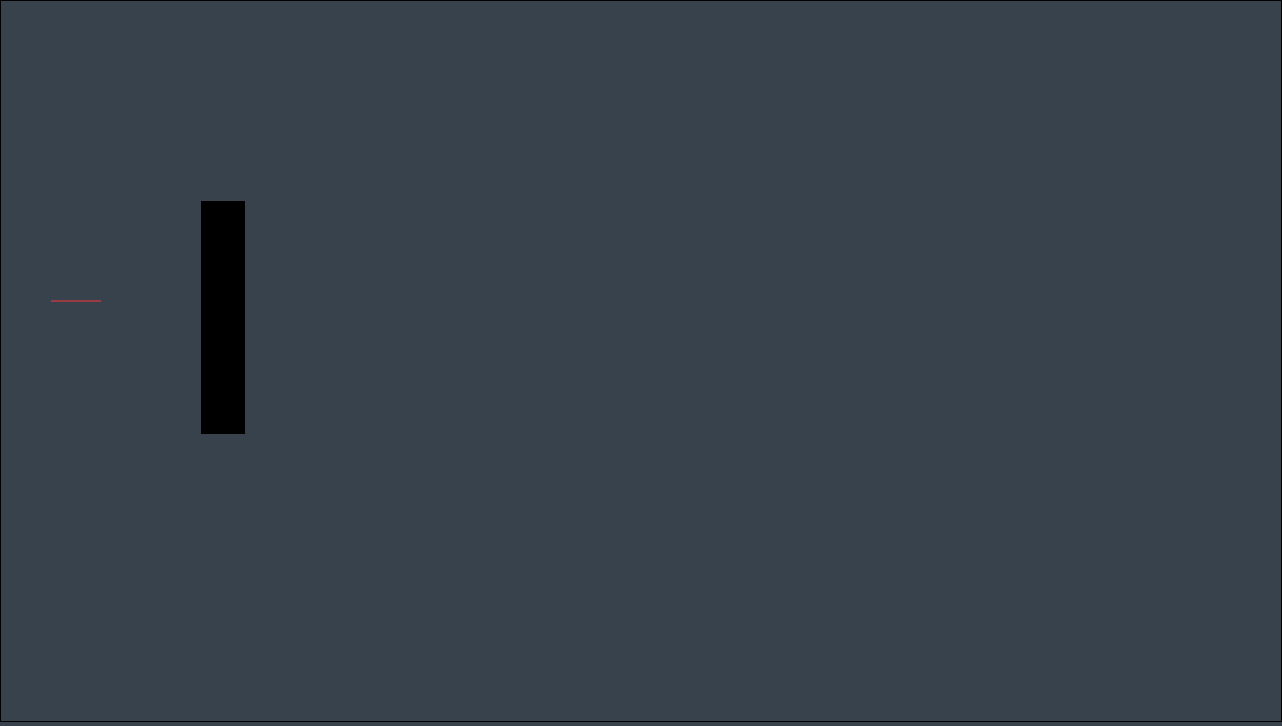
Repository: randy918/chris-canvas-52323
Page: index.html
An editor plug-in stored every save of this project. The page is shown before and after the next save, followed by the edit.
The browser window is 1280 px wide. The page is 1282 px wide, then 1280 px, then 1282 px, so the pictures cover 1282 px, including what lies to the right of the window. The pictures show the whole page.
The style sheet was rebuilt from its Sass, Less or Tailwind sources for each picture, by a compiler version that may differ from the author's.

Above is the page before, as saved 2023-05-24 15:54:30.

### index.html
<!DOCTYPE html>
<html lang="en">
	<head>
		<meta charset="UTF-8" />
		<meta http-equiv="X-UA-Compatible" content="IE=edge" />
		<meta
			name="viewport"
			content="width=device-width, initial-scale=1.0"
		/>
		<link
			rel="stylesheet"
			href="css/main.css"
			<script
			src="https://ajax.googleapis.com/ajax/libs/jquery/3.6.3/jquery.min.js"
			defer
		/>

		<title>Canvas Resize</title>
	</head>

	<body>
		<canvas></canvas>

		<script src="js/myfunctions.js"></script>
		<script src="js/index.js"></script>
	</body>
</html>

<!-- ca1f26ba6eb2ba4fb641257b39d3bea7 -->

### js/myfunctions.js
//todo   function r(min, max)  Random integers, can be just 'max'
//todo   function getTime()--works! it is 72519.1414 format
//todo   function getCompleteDate()
//todo   function getMinute()
//todo   function getHour()
//todo   function getHour00()
//todo   function get24Hour()
//todo   function get24Hour00()
//todo   function getDay()
//todo   function getDay00()
//todo   function getMonth()
//todo   function getMonth00()
//todo   function getYear()
//todo   function getYear00()
//todo   function t()    eternal timestamp long number
//todo   function placeText(myIdClass, text)   unsure if it works?
//todo   function placeText2(myIdClass, text)   unsure if it works?
//todo   function getText(myIdClass)....brings whole line incl. tags
//todo   function getInnerText(myIdClass)
//todo   function getOuterText(myIdClass)
//todo   function addClass(myIdClass, newClass)
//todo   function removeClass(myIdClass, removeClass)
//todo   function changeBackgroundColor(myIdClass, color)
//todo   function changeTypeColor(myIdClass, color)
//todo   function changeTypeSize(myIdClass, size)
//todo   function addCSSText(myIdClass, text)



function r(min, max) {
  // 2.0, accepts single value for 1-x
  if (max === undefined) {
    max = min;
    min = 1;
  }
  const randomNumber = min - 1 + Math.ceil(Math.random() * (max + 1 - min));
  return randomNumber;
}
// may not be a real function
function getTime() {
  var today = new Date();
  var codeMonth = today.getMonth() + 1;
  var codeDay = today.getDate();
  if (codeDay < 10) {
    codeDay = "0" + codeDay;
  }
  var codeMinute = today.getMinutes();
  var codeHour = today.getHours();
  if (codeMinute < 10) {
    codeMinute = "0" + codeMinute;
  }
  if (codeHour < 10) {
    codeHour = "0" + codeHour;
  }
  var codeYear = today.getFullYear() - 2000;
  var dateTime =
    codeMonth + "" + codeDay + "" + codeYear + "." + codeHour + "" + codeMinute;
  // document.getElementById(`timeStamp`).innerHTML = dateTime;
  t = setTimeout(function () {
    getTime();
  }, 30000);
  return dateTime;
}

function getCompleteDate() {
  const today = new Date();
  return today;
}

function getMinute() {
  const today = new Date();
  const codeMinute = today.getMinutes();
  if (codeMinute < 10) {
    codeMinute = "0" + codeMinute;
  }
  return codeMinute;
}

function getMinute00() {
  const today = new Date();
  let codeMinute = today.getMinutes();
  if (codeMinute < 10) {
    codeMinute = "0" + codeMinute;
  }
  return codeMinute;
}

function getHour() {
  const today = new Date();
  let codeHour = today.getHours();
  if (codeHour > 12) {
    codeHour = codeHour - 12;
  }
  return codeHour;
}

function getAmPm() {
  let amPm = "am";
  const today = new Date();
  let codeHour = today.getHours();
  if (codeHour > 12) {
    amPm = "pm";
  }
  return amPm;
}

function getHour00() {
  const today = new Date();
  const codeHour = today.getHours();
  if (codeHour > 12) {
    codeHour = codeHour - 12;
  }
  if (codeHour < 10) {
    codeHour = "0" + codeHour;
  }
  return codeHour;
}

function get24Hour() {
  const today = new Date();
  const codeHour = today.getHours();
  return codeHour;
}

function get24Hour00() {
  const today = new Date();
  const codeHour = today.getHours();
  if (codeHour < 10) {
    codeHour = "0" + codeHour;
  }
  return codeHour;
}

function getDayVerbal() {
  const today = new Date();
  const codeDay = today.getDay() + 1;
  return theDay[codeDay];
}

function getDay00() {
  const today = new Date();
  const codeDay = today.getDate();
  if (codeDay < 10) {
    codeDay = "0" + codeDay;
  }
  return codeDay;
}

function getDay() {
  const today = new Date();
  const codeDay = today.getDate();
  return codeDay;
}

function getMonthVerbal() {
  const today = new Date();
  const codeMonth = today.getMonth() + 1;
  return theMonth[codeMonth];
}

function getMonth00() {
  const today = new Date();
  const codeMonth = today.getMonth() + 1;
  if (codeMonth < 10) {
    codeMonth = "0" + codeMonth;
  }
  return codeMonth;
}

function getMonth() {
  const today = new Date();
  const codeMonth = today.getMonth() + 1;
  return codeMonth;
}

function getYear00() {
  const today = new Date();
  const codeYear = today.getYear() - 100;
  if (codeYear < 10) {
    codeMYear = "0" + codeYear;
  }
  return codeYear;
}

function getYear() {
  const today = new Date();
  const codeYear = today.getYear() + 1900;
  return codeYear;
}

function t() {
  const now = new Date();
  eventTimestamp = now.getTime();
  // c(eventTimestamp);
  return eventTimestamp;
}
//    !  72419.1659 DOM MANIPULATION
//!
//!  placeText   element name, and text to put there--runs loosely?

function placeText(myIdClass, text) {
  const myElement = document.querySelector(myIdClass);
  myElement.innerText = text;
}
//    the function is longer than the original
// $(myIdClass).text(text)   <---works
function placeText2(myIdClass, text) {
  $(myIdClass).text(text);
}
function getText(myIdClass) {
  return document.querySelector(myIdClass);
}

function getInnerText(myIdClass) {
  return document.querySelector(myIdClass).innerHTML;
}

function getOuterText(myIdClass) {
  return document.querySelector(myIdClass).outerHTML;
}

function addClass(myIdClass, newClass) {
  document.querySelector(myIdClass).classList.add(newClass);
}

function removeClass(myIdClass, removeClass) {
  document.querySelector(myIdClass).classList.remove(removeClass);
}
// not sure what this one is for now
function containsClass(myIdClass, containsClass) {
  document.querySelector(myIdClass).classList.contains(containsClass);
}
// above, can switch and toggle  also  mmtuts YOUTUBE 29-31 USING JAVASCRIPT
function changeBackgroundColor(myId, color) {
  document.getElementById(myId).style.background = color;

  // document.querySelector(myIdClass).style.backgroundColor = color;
}

function changeTypeColor(myIdClass, color) {
  document.querySelector(myIdClass).style.color = color;
}

function changeTypeSize(myIdClass, size) {
  document.querySelector(myIdClass).style.fontSize = size;
}

function addCSSText(myIdClass, text) {
  document.querySelector(myIdClass).style.cssText = text;
}

//!  72519.1714    Common Basic VARIABLE ARRAYS
var theDay = new Array(
  "Zero",
  "Sunday",
  "Monday",
  "Tuesday",
  "Wednesday",
  "Thursday",
  "Friday",
  "Saturday"
);
var theDayMin3 = new Array(
  "Zero",
  "Sun.",
  "Mon.",
  "Tues.",
  "Wed.",
  "Thurs.",
  "Fri.",
  "Sat."
);
var theDayMin2 = new Array("Zero", "S", "M", "Tu", "W", "Th", "F", "S");
var theDayMin1 = new Array("Zero", "S", "M", "T", "W", "T", "F", "S");
var theMonth = new Array(
  "Zero",
  "January",
  "February",
  "March",
  "April",
  "May",
  "June",
  "July",
  "August",
  "September",
  "October",
  "November",
  "December"
);
var theMonthMin = new Array(
  "Zero",
  "Jan.",
  "Feb.",
  "Mar.",
  "Apr.",
  "May",
  "June",
  "July",
  "Aug.",
  "Sept.",
  "Oct.",
  "Nov.",
  "Dec."
);

function showDateTimeFormat() {
  const today = new Date();
  const formattedDate = new Intl.DateTimeFormat("en-US").format(today);
  const consoleFunctioningMessage = `
Console functioning: ${getDayVerbal()}, ${getMonthVerbal()} ${getDay()} at ${getHour()}:${getMinute00()}${getAmPm()}
  `;
  return consoleFunctioningMessage;
}
showDateTimeFormat();

console.log(`%c${showDateTimeFormat()}`, "font-size: 20px; color: gray");

//console.log("%cThis is a default font style", "color: blue; font-size: 20px");

### js/index.js
//!  121822.0826        FUNCTIONS

const init = function () {
	main();
};

window.onload = function () {
	init();
};

//!  123122.1839        MAIN

const main = function () {
	//!  10123.1609  variables

	const canvas = document.querySelector("canvas");
	canvas.width = window.innerWidth;
    canvas.height = window.innerHeight;

    const c = canvas.getContext('2d');
    console.log(canvas);

	//!  10123.1609 functions

	//!  10123.161 0  main body
    c.fillRect(200, 200, 44, 233);

    //line
    c.beginPath();
    c.moveTo(50, 300);
    c.lineTo(100, 300);
    c.strokeStyle = "#fa343a"
    c.stroke();




	//!  123122.1839  END


};

### css/main.scss
$colors: (
    bg: rgba(55, 66, 76, 1),
    theGreen: rgba(0, 173, 43, 1),
    theRed: rgba(194, 47, 51, 1),
    theOrange: rgba(255, 103, 0, 1),
    theRodeoPink: #f1a1a4,
    theRodeoBlue: #7f86b0,
    theYellow: rgb(221, 172, 94),
    theGray: rgb(78, 92, 107),
    theBackground: rgba(241, 227, 214, 1),
    theDarkGray: rgba(43, 50, 56, 1),
    theBrown: rgba(101, 42, 36, 1),
    bitByBitRed: rgba(240, 44, 80, 1),
    bitByBitBlue: rgba(0, 79, 136, 1),
    bitByBitBlonde: rgba(241, 227, 214, 1),
    bbb2-TranquilSea: rgba(188, 199, 203, 1),
    bbb2-RedMyMind: rgba(143, 57, 56, 1),
    bbb2-SnowyPine: rgba(226, 223, 216, 1),
    bbb2-Basswood: rgba(188, 166, 142, 1),
    bbb2-CompassBlue: rgba(51, 66, 87, 1),
);

@function getColor($color-name) {
    @return map-get($colors, $color-name);
}

* {
    box-sizing: border-box;
    border: none;
}

body {
    color: getColor(bbb2-TranquilSea);
    background: getColor(bg);
    margin: 0;
}

h1 {
}

#inputValue {
    width: 40vw;
    font-size: 2vw;
    outline: none;
}

#search {
    color: beige;
    background-color: getColor(theDarkGray);
    outline: none;
    font-size: 2vw;
}

canvas {
    border: 1px solid black;
}

After the next save:
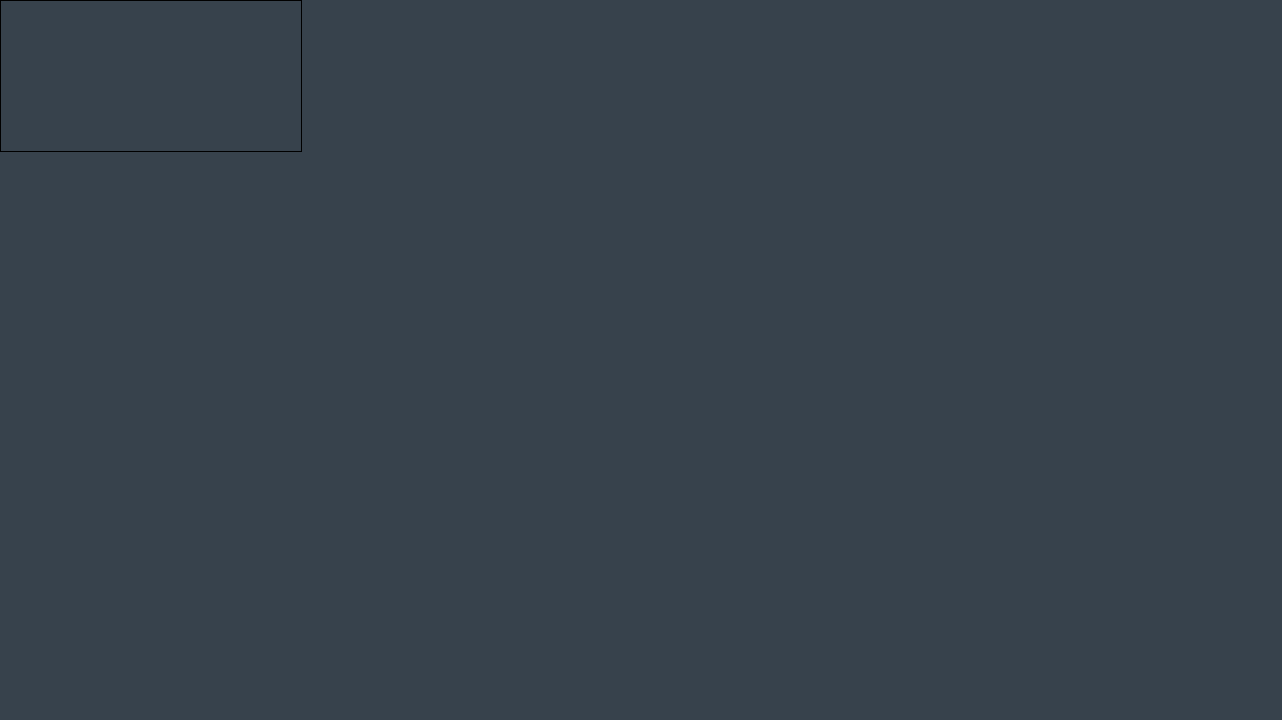
Console error: SyntaxError: missing ) after argument list
Saved 6 s later.
--- a/js/index.js
+++ b/js/index.js
@@ -32,6 +32,7 @@
     c.strokeStyle = "#fa343a"
     c.stroke();
 
+    c.arc(x: Int, y: Int, r: Int, startAngle: Float.endAngle: Float, drawCounterClockwise: Bool(false));
 
 
 

After the save that followed:
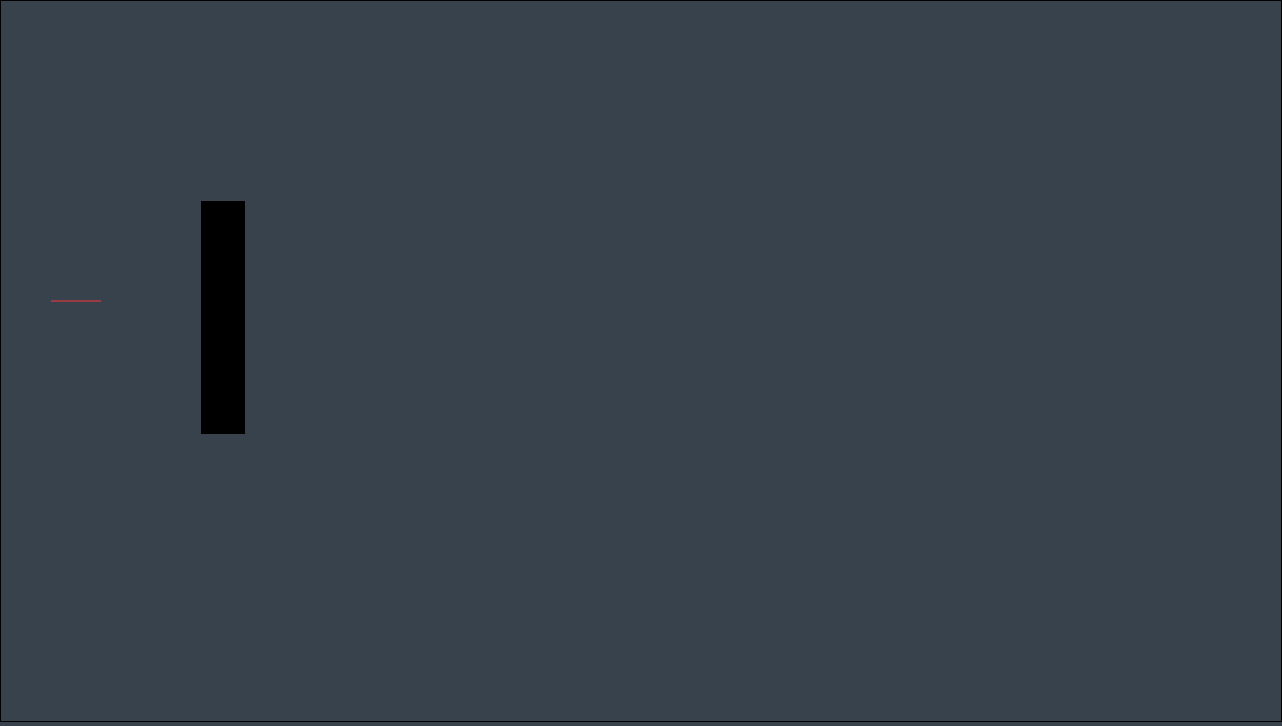
The error is gone.
Saved 13 s later.
--- a/js/index.js
+++ b/js/index.js
@@ -32,7 +32,7 @@
     c.strokeStyle = "#fa343a"
     c.stroke();
 
-    c.arc(x: Int, y: Int, r: Int, startAngle: Float.endAngle: Float, drawCounterClockwise: Bool(false));
+
 
 
 
